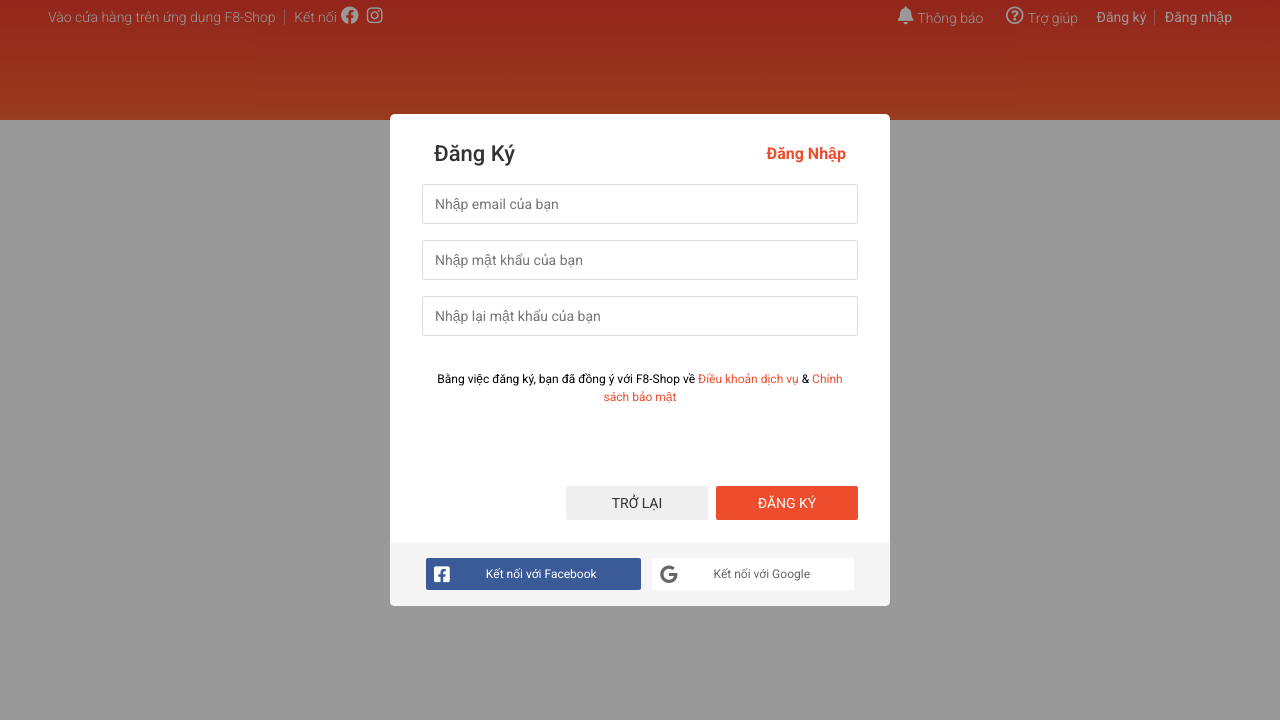
Repository: huynhnhan112/Shopee_Homepage
Page: index.html
An editor plug-in stored every save of this project. The page is shown before and after the next save, followed by the edit.
The browser window is 1280 px wide. The pictures show the whole page.

Above is the page before, as saved 2021-11-19 16:35:50.

After the next save:
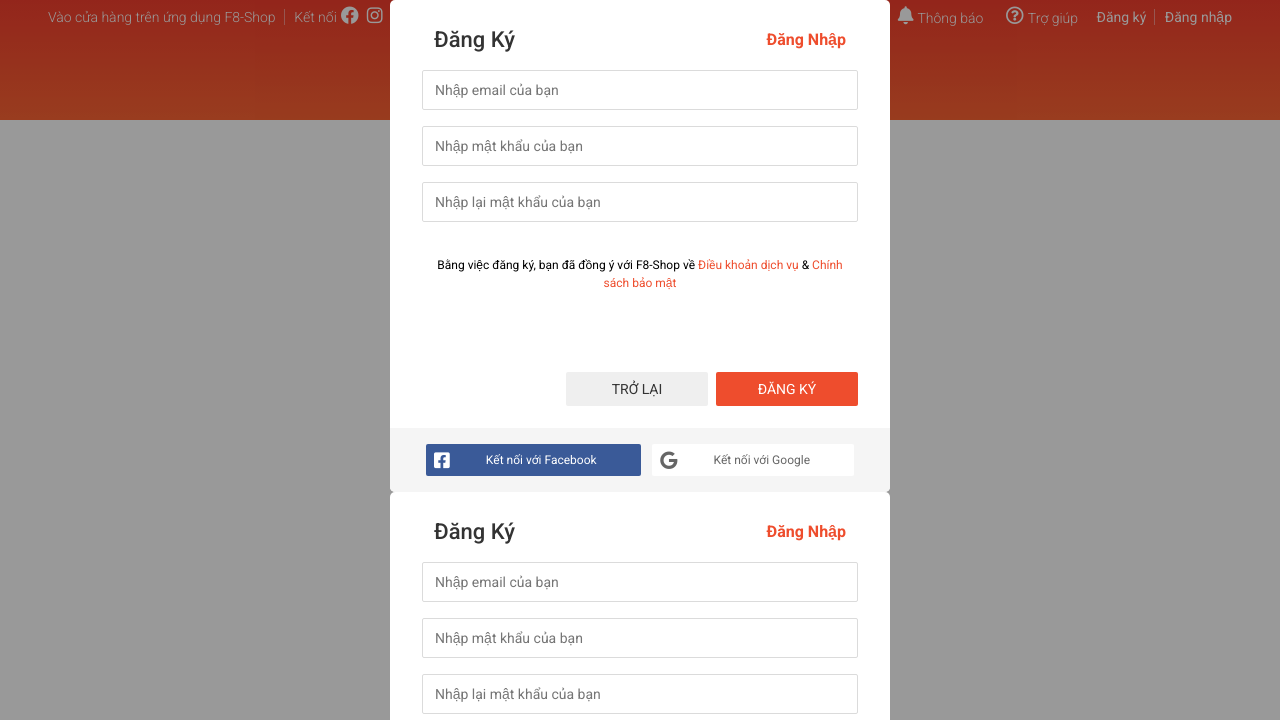
Saved 60 s later.
--- a/index.html
+++ b/index.html
@@ -168,6 +168,45 @@
                     </a>
                 </div>
             </div>
+
+            <!-- Register form -->
+            <div class="auth-form">
+                <div class="auth-form__container">
+                    <div class="auth-form__header">
+                        <h3 class="auth-form__heading">Đăng Ký</h3>
+                        <span class="auth-form__switch-btn">Đăng Nhập</span>
+                    </div>
+                    <div class="auth-form__form">
+                        <div class="auth-form__group">
+                            <input type="text" class="auth-form__input" placeholder="Nhập email của bạn">
+                        </div>
+                        <div class="auth-form__group">
+                            <input type="text" class="auth-form__input" placeholder="Nhập mật khẩu của bạn">
+                        </div>
+                        <div class="auth-form__group">
+                            <input type="text" class="auth-form__input" placeholder="Nhập lại mật khẩu của bạn">
+                        </div>
+                    </div>
+                    <div class="auth-form__aside">
+                        <p>Bằng việc đăng ký, bạn đã đồng ý với F8-Shop về <a href="#">Điều khoản dịch
+                                vụ</a> & <a href="#">Chính sách bảo mật</a></p>
+                    </div>
+                    <div class="auth-form__controls">
+                        <button class="btn auth-form__controls--back">TRỞ LẠI</button>
+                        <button class="btn btn--primary">ĐĂNG KÝ</button>
+                    </div>
+                </div>
+                <div class="auth-form__socials">
+                    <a href="" class="btn btn--size-s btn--with--icon">
+                        <i class="fab fa-facebook-square"></i>
+                        <span>Kết nối với Facebook</span>
+                    </a>
+                    <a href="" class="btn btn--size-s btn--with--icon">
+                        <i class="fab fa-google"></i>
+                        <span>Kết nối với Google</span>
+                    </a>
+                </div>
+            </div>
         </div>
     </div>
 </body>

After the save that followed:
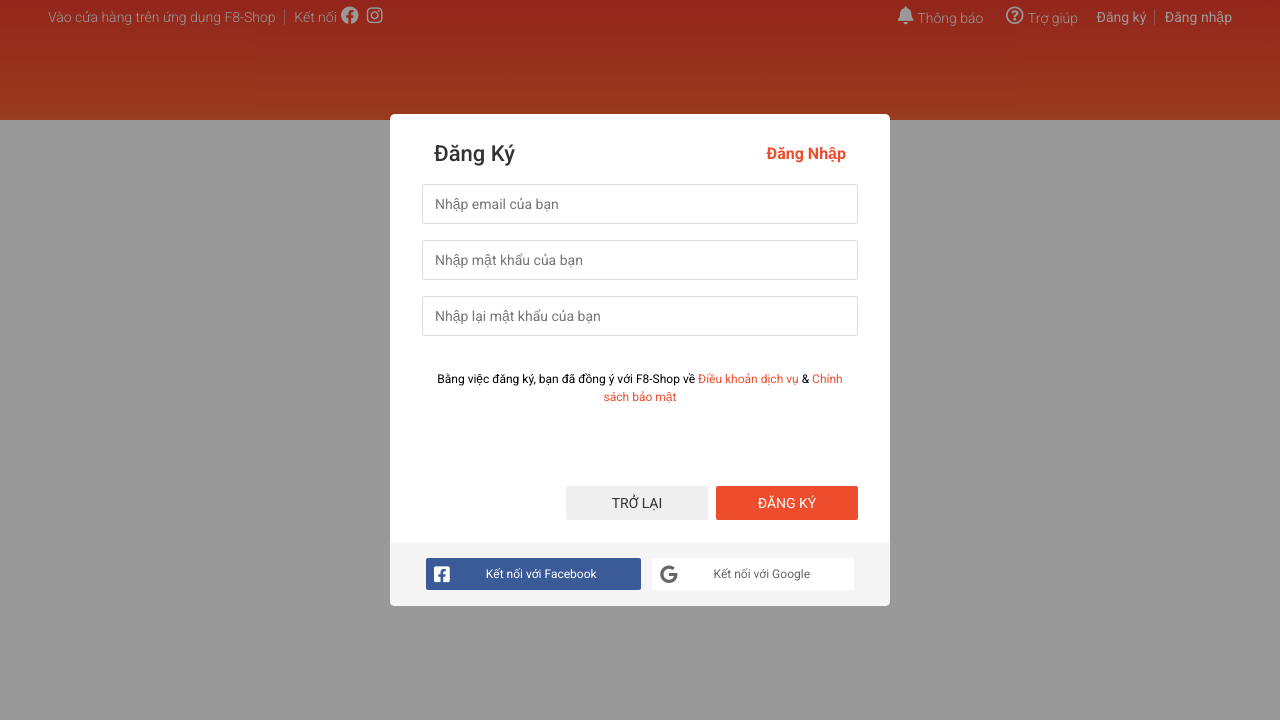
Saved 15 s later.
--- a/index.html
+++ b/index.html
@@ -131,7 +131,7 @@
         <div class="modal__overclay"></div>
         <div class="modal__body">
             <!-- Authen form -->
-            <div class="auth-form">
+            <!-- <div class="auth-form">
                 <div class="auth-form__container">
                     <div class="auth-form__header">
                         <h3 class="auth-form__heading">Đăng Ký</h3>
@@ -167,7 +167,7 @@
                         <span>Kết nối với Google</span>
                     </a>
                 </div>
-            </div>
+            </div> -->
 
             <!-- Register form -->
             <div class="auth-form">
